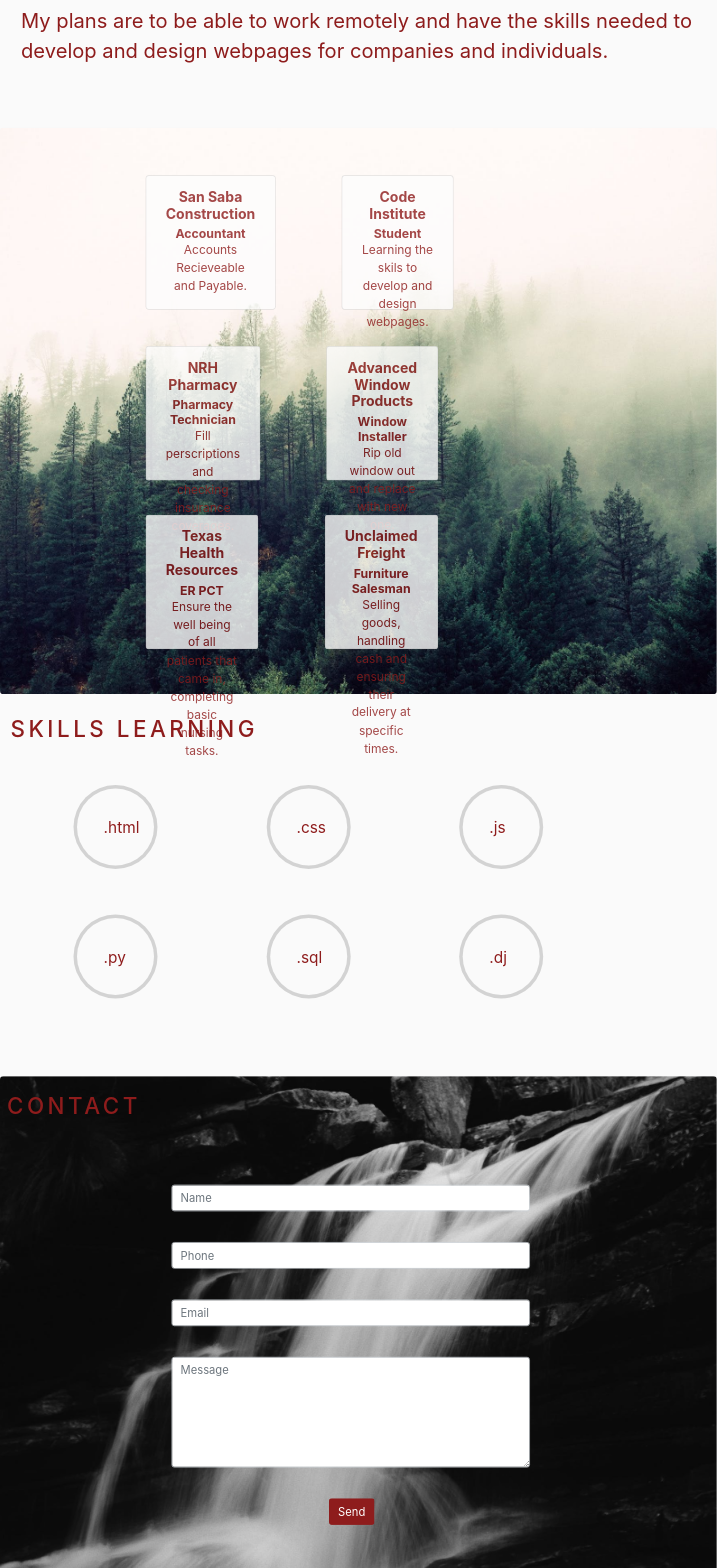
Repository: sshields9591/user-centric-project
Page: index.html
The author's editor kept a record of every edit. The page is drawn from the files as they stood at one moment, then again after the next edit.
The browser window is 1024 px wide. The pictures show the part of the page from y = 1249 to 3489 px (the page is 3593 px tall before and 4533 px after), at 70% of full size.
Backgrounds fixed to the window are drawn as part of the page. Some web libraries are served in a nearby version.

Above is the page before.

### index.html
<!DOCTYPE html>
<html lang="en">

<head>


    <meta charset="UTF-8">
    <meta name="viewport" content="width=device-width, initial-scale=1.0">
    <meta http-equiv="X-UA-Compatible" content="ie=edge">
    <link rel="stylesheet" href="https://maxcdn.bootstrapcdn.com/bootstrap/4.1.3/css/bootstrap.min.css">
    <link rel="stylesheet" href="https://use.fontawesome.com/releases/v5.11.1/css/all.css" integrity="sha384-IT8OQ5/IfeLGe8ZMxjj3QQNqT0zhBJSiFCL3uolrGgKRuenIU+mMS94kck/AHZWu" crossorigin="anonymous">
    <link href="https://fonts.googleapis.com/css?family=Roboto:400,700&display=swap" rel="stylesheet">
    <link rel="stylesheet" href="style.css" type="text/css" />

    <title>Steven Shields Portfolio</title>


</head>


<body>


    <!-------JUMBOTRON / NAVBAR------->


    <div class="jumbotron" id="landing-view">
        <div class="container-fluid">
            <div class="container">
                <nav class="navDefault">
                    <div class="dropdown">
                        <button>Explore</button>
                        <ul class="dropdownMenu">
                            <li class="dropdownItem"><a href="#about-me" class="dropdownLink">About</a></li>
                            <li class="dropdownItem"><a href="#work" class="dropdownLink">Work</a></li>
                            <li class="dropdownItem"><a href="#skills" class="dropdownLink">Skills</a></li>
                            <li class="dropdownItem"><a href="#contact" class="dropdownLink">Contact</a></li>
                        </ul>
                    </div>
                </nav>
            </div>
            <div class="container top">
                <br>
                <br>
                <br>
                <h1 class="name">Steven Shields</h1>
                <p class="title">Full-Stack Software Developer</p>
            </div>
        </div>
    </div>


    <!-------ABOUT ME------->


    <div id="about-me">
        <div class="container-fluid">
            <div class="row about-row" id="about">
                <br>
                <br>
                <h2>About</h2>
            </div>
            <div class="col">
                <p class="about-p">
                    I am currently an accountant for San Saba Construction doing AR and AP duties. I submit payment applications each month to our customers that we do work with, make sure each of our vendors are paid each month to prevent lien notices from going out on a job which will prohibit any further production of the specific job.
                </p>
                <br>
                <p class="about-p">
                    I am also a student at the Code Institute, learning how to develop and design webpages.
                </p>
                <br>
                <p class="about-p">
                    My plans are to be able to work remotely and have the skills needed to develop and design webpages for companies and individuals.
                </p>
                <br>
                <br>
                <br>
            </div>
        </div>
    </div>


    <!-------WORK------->


    <div class="jumbotron" id="work">
        <div class="container-fluid card-container">
            <div class="col col-md-8 col-lg-3 project-cards">
                <div class="card">
                    <div class="card-body">
                        <h5 class="card-title">San Saba Construction</h5>
                        <h6 class="card-subtitle">Accountant</h6>
                        <p class="card-text">Accounts Recieveable and Payable.</p>
                    </div>
                </div>
            </div>
            <div class="col col-md-8 col-lg-3 project-cards">
                <div class="card">
                    <div class="card-body">
                        <h5 class="card-title">Code Institute</h5>
                        <h6 class="card-subtitle">Student</h6>
                        <p class="card-text">Learning the skils to develop and design webpages.</p>
                    </div>
                </div>
            </div>
            <div class="col col-md-8 col-lg-3 project-cards">
                <div class="card">
                    <div class="card-body">
                        <h5 class="card-title">NRH Pharmacy</h5>
                        <h6 class="card-subtitle">Pharmacy Technician</h6>
                        <p class="card-text">Fill perscriptions and checking insurance coverages.</p>
                    </div>
                </div>
            </div>
            <div class="col col-md-8 col-lg-3 project-cards">
                <div class="card">
                    <div class="card-body">
                        <h5 class="card-title">Advanced Window Products</h5>
                        <h6 class="card-subtitle">Window Installer</h6>
                        <p class="card-text">Rip old window out and replace with new one.</p>
                    </div>
                </div>
            </div>
            <div class="col col-md-8 col-lg-3 project-cards">
                <div class="card">
                    <div class="card-body">
                        <h5 class="card-title">Texas Health Resources</h5>
                        <h6 class="card-subtitle">ER PCT</h6>
                        <p class="card-text">Ensure the well being of all patients that came in, completing basic nursing tasks.</p>
                    </div>
                </div>
            </div>
            <div class="col col-md-8 col-lg-3 project-cards">
                <div class="card">
                    <div class="card-body">
                        <h5 class="card-title">Unclaimed Freight</h5>
                        <h6 class="card-subtitle">Furniture Salesman</h6>
                        <p class="card-text">Selling goods, handling cash and ensuring their delivery at specific times.</p>
                    </div>
                </div>
            </div>
        </div>
    </div>


    <!-------SKILLS------->


    <div class="skills-section" id="skills">
        <div class="container-fluid">
            <div class="row skills-row">
                <br>
                <br>
                <h2>Skills Learning</h2>
            </div>
            <div class="contianer skills-inner">
                <div class="col col-md-3 skill-circle">
                    <div class="arc-container">
                        <div class="arc-overlay">
                            <p class="html">.html</p>
                        </div>
                        <div class="arc-wrapper">
                        </div>
                    </div>
                </div>
                <div class="col col-md-3 skill-circle">
                    <div class="arc-container">
                        <div class="arc-overlay">
                            <p class="css">.css</p>
                        </div>
                        <div class="arc-wrapper">
                        </div>
                    </div>
                </div>
                <div class="col col-md-3 skill-circle">
                    <div class="arc-container">
                        <div class="arc-overlay">
                            <p class="js">.js</p>
                        </div>
                        <div class="arc-wrapper">
                        </div>
                    </div>
                </div>
                <div class="col col-md-3 skill-circle">
                    <div class="arc-container">
                        <div class="arc-overlay">
                            <p class="py">.py</p>
                        </div>
                        <div class="arc-wrapper">
                        </div>
                    </div>
                </div>
                <div class="col col-md-3 skill-circle">
                    <div class="arc-container">
                        <div class="arc-overlay">
                            <p class="sql">.sql</p>
                        </div>
                        <div class="arc-wrapper">
                        </div>
                    </div>
                </div>
                <div class="col col-md-3 skill-circle">
                    <div class="arc-container">
                        <div class="arc-overlay">
                            <p class="django">.dj</p>
                        </div>
                        <div class="arc-wrapper">
                        </div>
                    </div>
                </div>
            </div>
        </div>
    </div>


    <!-------CONTACT------->


    <div class="jumbotron" id="contact">
        <div class="container-fluid">
            <div class="col contact-form">
                <br>
                <h2 class="contact-head" id="contact-head">Contact</h2>
                <br>
                <form class="contact">
                    <div class="row">
                        <div class="form-group">
                            <input type="text" class="form-control" id="exampleInputName" name="Name" placeholder="Name" required/>
                        </div>
                    </div>
                    <br>
                    <div class="row">
                        <div class="form-group">
                            <input type="text" class="form-control" id="exampleInputPhone" name="Phone" placeholder="Phone">
                        </div>
                    </div>
                    <br>
                    <div class="row">
                        <div class="form-group">
                            <input type="email" class="form-control" id="exampleInputEmail1" name="Email" placeholder="Email" required>
                        </div>
                    </div>
                    <br>
                    <div class="row">
                        <div class="form-group message">
                            <textarea class="form-control" name="message" rows="6" placeholder="Message" required></textarea>
                        </div>
                    </div>
                    <br>
                    <input type="submit" value="Send" class="btn btn-default">
                </form>
            </div>
        </div>
    </div>


    <!-------FOOTER------->


    <footer>
        <div class="container-fluid">
            <div class="row foot">
                <div class="col icons">
                    <a href="https://www.linkedin.com/in/steven-shields-64689118a/"><i class="fab fa-linkedin-in alignment"></i></a>
                    <a href="https://www.github.com/sshields9591"><i class="fab fa-github alignment"></i></a>
                    <a href="resume.docx"><i class="fas fa-file-download alignment"></i></a>
                    <a href="#" style='padding-right: 0px'><i class="fab fa-facebook alignment"></i></a>
                </div>
            </div>
        </div>
    </footer>


    <!-------------->


    <script src="https://code.jquery.com/jquery-3.2.1.slim.min.js" integrity="sha384-KJ3o2DKtIkvYIK3UENzmM7KCkRr/rE9/Qpg6aAZGJwFDMVNA/GpGFF93hXpG5KkN" crossorigin="anonymous"></script>
    <script src="https://cdnjs.cloudflare.com/ajax/libs/popper.js/1.12.9/umd/popper.min.js" integrity="sha384-ApNbgh9B+Y1QKtv3Rn7W3mgPxhU9K/ScQsAP7hUibX39j7fakFPskvXusvfa0b4Q" crossorigin="anonymous"></script>
    <script src="https://maxcdn.bootstrapcdn.com/bootstrap/4.0.0/js/bootstrap.min.js" integrity="sha384-JZR6Spejh4U02d8jOt6vLEHfe/JQGiRRSQQxSfFWpi1MquVdAyjUar5+76PVCmYl" crossorigin="anonymous"></script>



</body>


</html>

### style.css
body {
    background-color: #fafafa;
    color: #8e1c1c;
}


/*-------NAVBAR-------*/

.navDefault {
    position: fixed;
    top: 0;
    right: 0;
    background-color: transparent;
}

button {
    border: none;
    background-color: #8e1c1c;
    width: 100px;
    height: 50px;
    color: #fff;
    text-transform: uppercase;
    cursor: pointer;
}

.dropdownMenu {
    list-style: none;
    margin: 0;
    padding: 0;
    position: absolute;
    left: 0;
    right: 0;
    top: 50;
    z-index: -1;
    width: 100px;
    box-shadow: 0px 6px 10px 0px rgba(0, 0, 0, 0.2);
    text-align: center;
    transform: translateY(-100%);
    transition: transform .5s ease-in-out;
}

.dropdownLink {
    text-decoration: none;
    display: block;
    background-color: #fafafa;
    color: #8e1c1c;
    padding: 10px 5px;
    transition: background-color .5s ease-in-out, color .5s ease-in-out;
}

.dropdownLink:hover {
    color: #fff;
    background-color: #8e1c1c;
}

.dropdown {
    width: 100px;
    position: relative;
}

.dropdown:hover button {
    background-color: #8e1c1c;
}

.dropdown:hover .dropdownMenu {
    transform: translateY(0);
}


/*-------JUMBOTRON-------*/

#landing-view {
    background-image: url(images/landing.jpg);
    background-attachment: fixed;
    background-position: center;
    background-size: cover;
    height: 100vh;
    background-repeat: no-repeat;
}

.top {
    padding-left: 12px;
    text-align: center;
}

h1 {
    padding-top: 5%;
    font-size: 5em;
}

.jumbotron p {
    font-size: 2.5em;
}


/*-------ABOUT ME-------*/

.about-row {
    padding-top: 10px;
    font-size: 1.75em;
    line-height: 2;
}

h2 {
    margin-left: 15px;
    letter-spacing: 5px;
    text-transform: uppercase;
}

.about-p {
    font-size: 1.2em;
}


/*-------WORK-------*/

#work {
    background-image: url(images/tree-fog.jpg);
    background-attachment: fixed;
    background-position: center;
    background-repeat: no-repeat;
    background-size: cover;
    padding-top: 40px;
    padding-bottom: 40px;
}

.project-cards {
    display: inline-table;
    justify-content: center;
    align-items: center;
}

.card {
    background-color: #fdfdfd;
    border-radius: 2.5%;
    height: 16em;
    top: 50%;
    margin: 15% auto;
    padding: 15px;
    align-items: center;
    z-index: 2;
    display: block;
    opacity: 0.8;
}

.card-body {
    text-align: center;
    padding-top: 10px;
}

.card-title {
    font-size: 1.25em;
    font-weight: bold;
}

.card-subtitle {
    font-size: 1.1em;
    font-weight: bold;
}

.card-body .card-text {
    font-size: 1.07em;
}


/*-------SKILLS-------*/

#skills {
    position: relative;
    top: 12%;
    padding-bottom: 96px;
}

.skills {
    margin-top: 70px;
}

.skills-inner {
    margin-left: 30px;
}

.skill-circle {
    display: inline-table;
    margin-bottom: 55px;
    padding-left: 18%;
}

.arc-wrapper {
    width: 120px;
    height: 120px;
    border-radius: 150px;
    background: #d3d3d3;
    overflow: hidden;
    left: 0px;
    top: 50px;
    position: absolute;
}

.arc-overlay {
    width: 110px;
    height: 110px;
    background-color: #fafafa;
    padding-left: 20px;
    padding-top: 6px;
    box-sizing: border-box;
    -moz-box-sizing: border-box;
    line-height: 100px;
    font-weight: 400;
    text-shadow: 0 1px 0 #fff;
    font-size: 22px;
    border-radius: 100px;
    position: absolute;
    z-index: 5;
    top: 55px;
    left: 5px;
}

.arc-container {
    position: relative;
    height: 130px;
    width: 130px;
}

.html {
    padding-left: 18px;
}

.css {
    padding-left: 18px;
}

.js {
    padding-left: 18px;
}

.py {
    padding-left: 18px;
}

.sql {
    padding-left: 18px;
}

.django {
    padding-left: 18px;
}


/*-------CONTACT-------*/

#contact {
    background-attachment: fixed;
    background-image: url('images/river.jpg');
    background-position: center;
    background-size: cover;
    height: 115vh;
    width: 100vw;
    background-repeat: no-repeat;
}

.contact-form {
    position: relative;
    top: 6%;
}

.contact {
    margin-left: 30px;
}

#contact-head {
    margin-left: -30px;
}

.btn {
    background-color: #8e1c1c;
    color: #fff;
    margin-left: 50px;
}


/*-------FOOTER-------*/

footer {
    border-color: transparent;
    text-align: center;
}

.foot {
    margin-bottom: 20px;
}

a {
    padding: 5px 5px 15px 15px;
    background-color: transparent;
}

.alignment {
    line-height: 2px;
}

i {
    display: inline-block;
    color: #8f8f8f;
    width: 41px;
    height: 25px;
    font-size: 28px;
    text-align: center;
    margin-top: 2.5px;
    margin-bottom: 2.5px;
}


/*-------MEDIA QUERIES------*/

@media (min-width: 768px) and (max-width: 1024px) {

    /*--JUMBOTRON--*/

    .name {
        padding-top: 0px;
    }

    h1 {
        font-size: 10em;
    }

    .jumbotron p {
        font-size: 4em;
    }

    /*--ABOUT--*/

    .about-p {
        font-size: 1.8em;
    }

    /*--WORK--*/

    .card-container {
        width: 77vw;
    }

    .card {
        height: 12em;
        padding: 8px;
    }

    .project-cards {
        margin-left: 60px;
    }

    /*--SKILLS--*/

    .skill-circle {
        margin-left: 30px;
        padding-left: 30px;
    }

    /*--CONTACT--*/

    #contact {
        padding: 0px 10px;
        height: 100vh;
    }

    .contact {
        margin-top: 60px;
    }

    .contact-head {
        margin-left: -30px;
    }

    .form-control {
        width: 50vw;
    }

    .form-group {
        padding: 0px;
        margin-left: 190px;
        margin-bottom: 20px;
    }

    .btn {
        margin-left: 400px;
    }
}

@media (min-width: 1025px) {

    /*--JUMBOTRON--*/

   .name{
       padding-top: 0px;
   }

    h1 {
        font-size: 10em;
    }

    .jumbotron p {
        font-size: 4em;
    }

    /*--WORK--*/

    .project-cards {
        margin-left: 140px;
    }

    .card {
        height: 12em;
    }

    /*--CONTACT--*/

    .form-group {
        margin-left: 250px;
    }

    .form-control {
        width: 50vw;
    }
    .btn {
        margin-left: 550px;
    }

    /*--FOOTER--*/

    footer {
        margin-right: 60px;
    }

    i {
        margin-right: 50px;
    }
}

After the next edit:
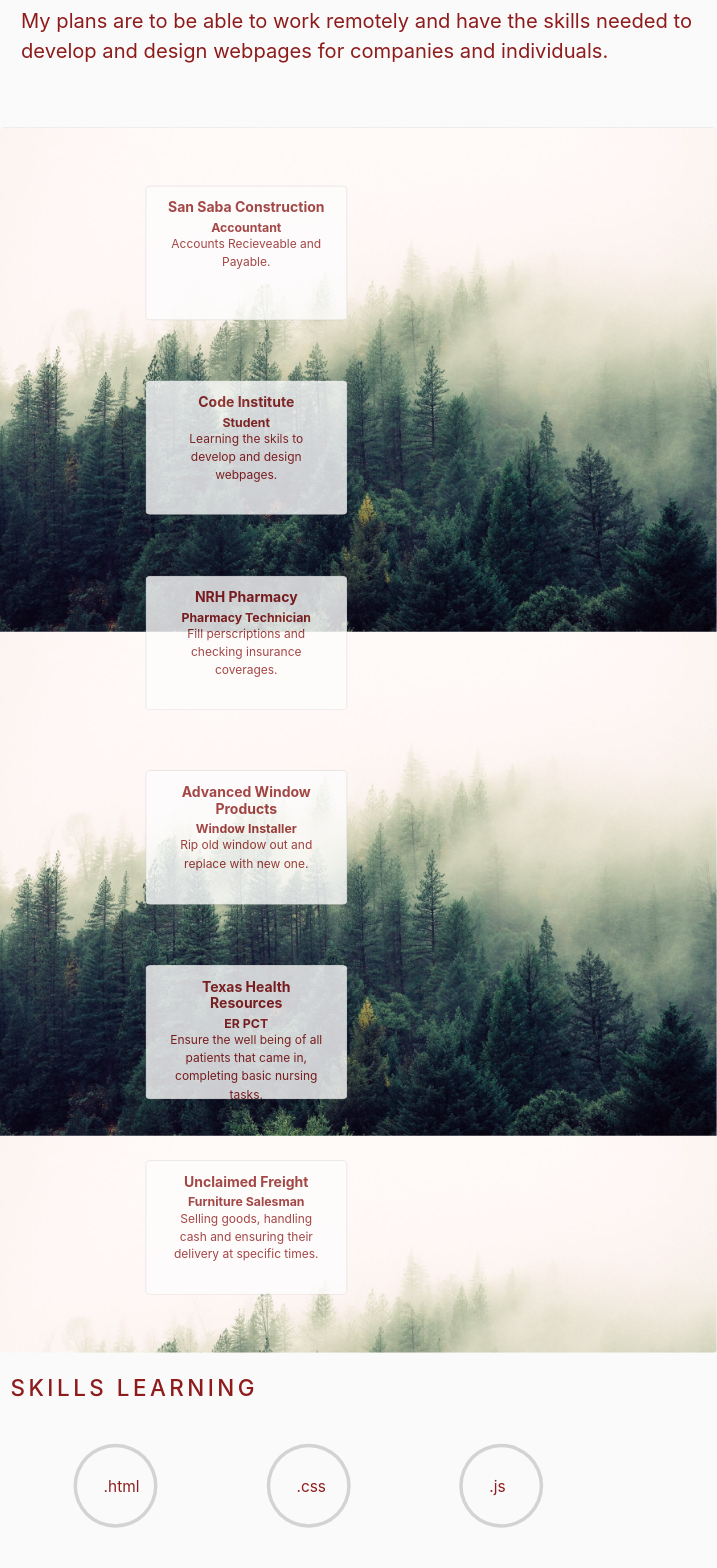
The edit:
--- a/style.css
+++ b/style.css
@@ -342,6 +342,7 @@
 
     .card {
         height: 12em;
+        width: 18em;
         padding: 8px;
     }
 
